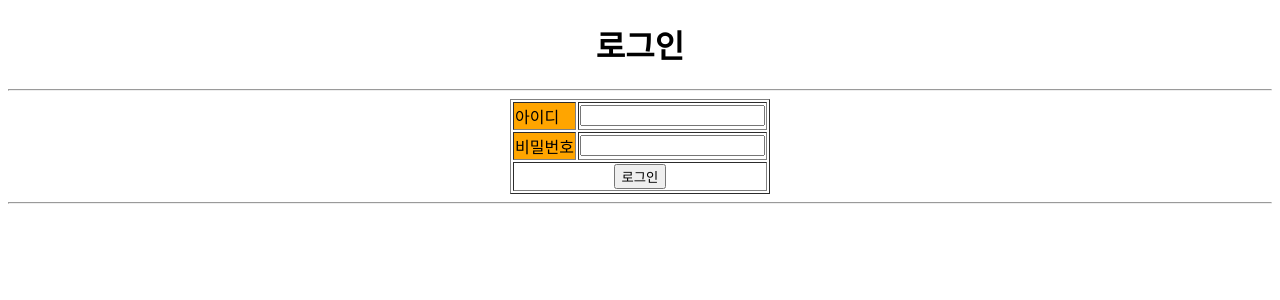
Repository: eunahpae/Spring_
Page: http://localhost/BoardWeb/login.jsp
An editor plug-in stored every save of this project. The page is shown before and after the next save, followed by the edit.
The browser window is 1280 px wide. The pictures show the whole page.
The page is served by Tomcat 9. Other server files are loaded and not shown.

Above is the page before, as saved 2024-07-11 05:59:17.

### BoardWeb/src/main/webapp/login.jsp
<%@ page language="java" contentType="text/html; charset=UTF-8"
	pageEncoding="UTF-8"%>
<!DOCTYPE html>
<html>
<head>
<meta charset="UTF-8">
<title>Insert title here</title>
</head>
<body>
	<center>
		<h1>로그인</h1>
		<hr>
		<form action="login_proc.jsp" method="post">
			<table border="1" cellpaddin="0" cellspaacing="0">
				<tr>
					<td bgcolor="orange">아이디</td>
					<td><input type="text" name="id" /></td>
				</tr>
				<tr>
					<td bgcolor="orange">비밀번호</td>
					<td><input type="password" name="password" /></td>
				</tr>
				<tr>
					<td colspan="2" align="center"><input type="submit"	value="로그인" /></td>
				</tr>

			</table>
		</form>
	<hr>
	</center>
</body>
</html>

After the next save:
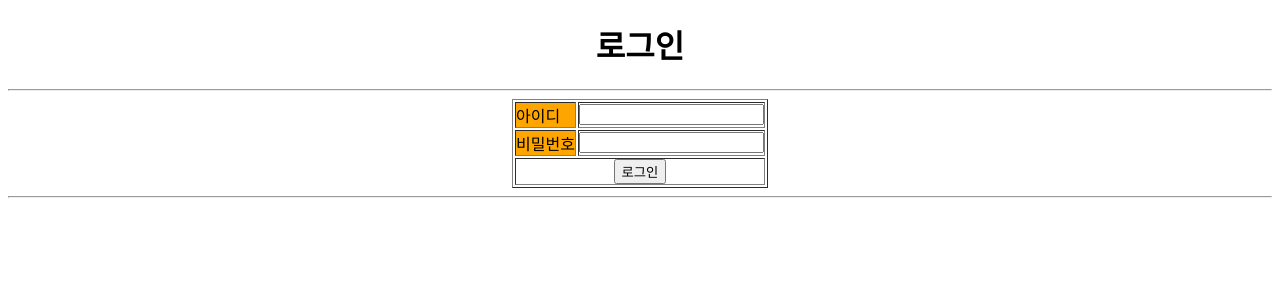
Saved 102 s later.
--- a/BoardWeb/src/main/webapp/login.jsp
+++ b/BoardWeb/src/main/webapp/login.jsp
@@ -11,7 +11,7 @@
 		<h1>로그인</h1>
 		<hr>
 		<form action="login_proc.jsp" method="post">
-			<table border="1" cellpaddin="0" cellspaacing="0">
+			<table border="1" cellpadding="0" cellspaacing="0">
 				<tr>
 					<td bgcolor="orange">아이디</td>
 					<td><input type="text" name="id" /></td>
